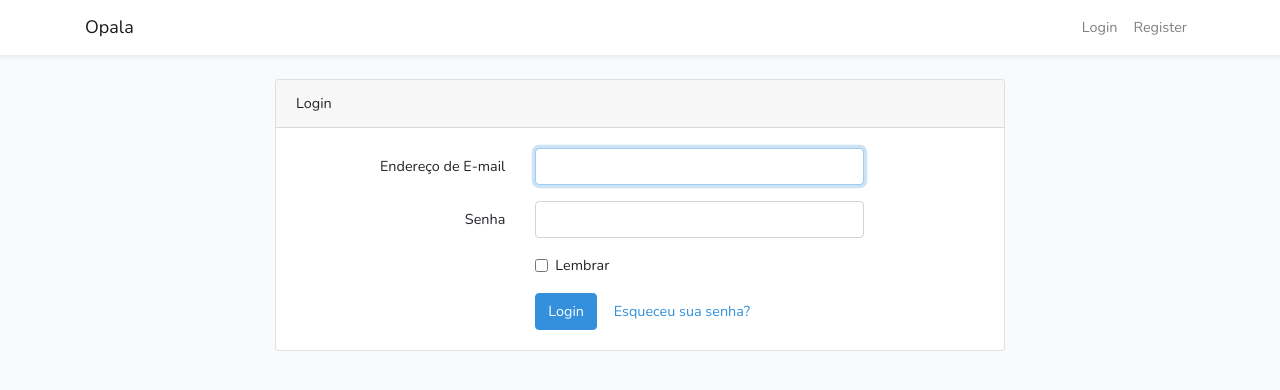
Repository: souzalu/Opala
Page: http://localhost/login
The author's editor kept a copy of each file at every save. The page is drawn from the files as they stood at one save, then again after the next save.
The browser window is 1280 px wide. The pictures show the whole page.
The page is served by the project's Laravel application, run on PHP 8.4 with Laravel 8.

Above is the page before, as saved 2020-09-18 21:16:22.

After the next save:
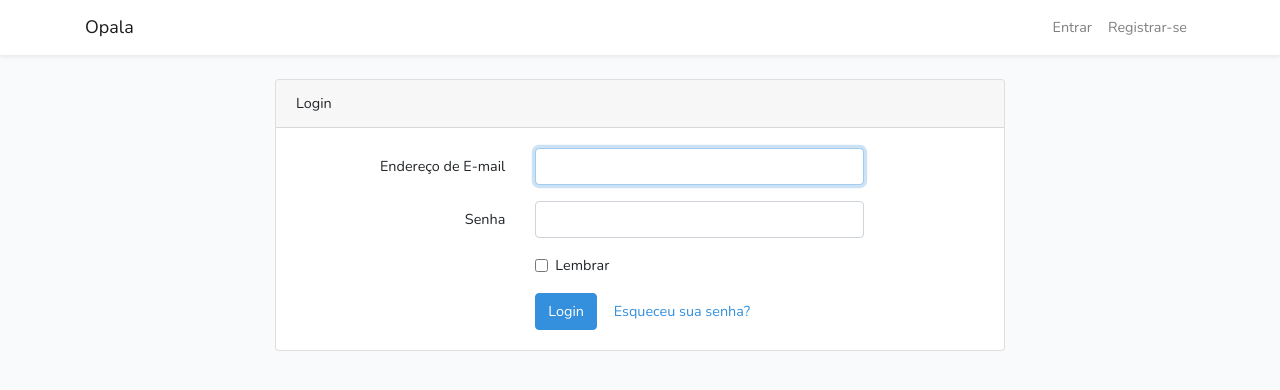
Saved 46 s later.
--- a/resources/views/layouts/app.blade.php
+++ b/resources/views/layouts/app.blade.php
@@ -41,11 +41,11 @@
                         <!-- Authentication Links -->
                         @guest
                             <li class="nav-item">
-                                <a class="nav-link" href="{{ route('login') }}">{{ __('Login') }}</a>
+                                <a class="nav-link" href="{{ route('login') }}">{{ __('Entrar') }}</a>
                             </li>
                             @if (Route::has('register'))
                                 <li class="nav-item">
-                                    <a class="nav-link" href="{{ route('register') }}">{{ __('Register') }}</a>
+                                    <a class="nav-link" href="{{ route('register') }}">{{ __('Registrar-se') }}</a>
                                 </li>
                             @endif
                         @else
@@ -58,7 +58,7 @@
                                     <a class="dropdown-item" href="{{ route('logout') }}"
                                        onclick="event.preventDefault();
                                                      document.getElementById('logout-form').submit();">
-                                        {{ __('Logout') }}
+                                        {{ __('Sair') }}
                                     </a>
 
                                     <form id="logout-form" action="{{ route('logout') }}" method="POST" class="d-none">
